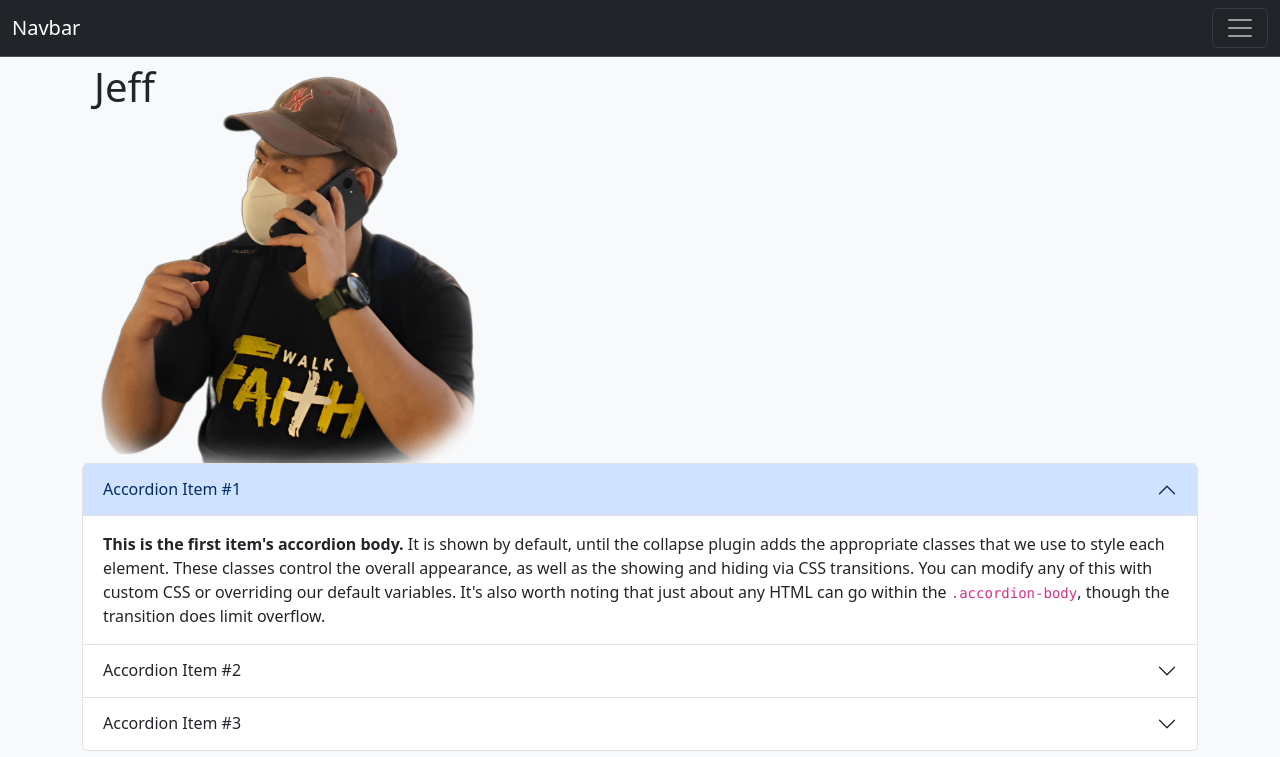
Repository: Shin-da/jeffmathew-portfolio
Page: index.html
These files come from the project's save history. The page is drawn as it stood at one moment and after the next save; the edit follows.
The browser window is 1280 px wide. The pictures show the whole page.

Above is the page before, as saved 2023-10-07 17:28:29.

### index.html
<!DOCTYPE html>
<html lang="en">

<head>
  <meta charset="UTF-8">
  <meta name="viewport" content="width=device-width, initial-scale=1.0">
  <title>Portfolio</title>
  <link href="https://cdn.jsdelivr.net/npm/bootstrap@5.3.2/dist/css/bootstrap.min.css" rel="stylesheet"
    integrity="sha384-T3c6CoIi6uLrA9TneNEoa7RxnatzjcDSCmG1MXxSR1GAsXEV/Dwwykc2MPK8M2HN" crossorigin="anonymous">

</head>

<body class="bg-dark">
  <nav class="navbar bg-dark border-bottom border-body " data-bs-theme="dark">
    <div class="container-fluid">
      <a class="navbar-brand" href="#">Navbar</a>
      <button class="navbar-toggler" type="button" data-bs-toggle="collapse" data-bs-target="#navbarNavDropdown"
        aria-controls="navbarNavDropdown" aria-expanded="false" aria-label="Toggle navigation">
        <span class="navbar-toggler-icon"></span>
      </button>

      <div class="collapse navbar-collapse" id="navbarNavDropdown">
        <ul class="navbar-nav">
          <li class="nav-item">
            <a class="nav-link active" aria-current="page" href="#">Home</a>
          </li>
          <li class="nav-item">
            <a class="nav-link" href="#">Features</a>
          </li>
          <li class="nav-item">
            <a class="nav-link" href="#">Pricing</a>
          </li>
        </ul>
      </div>
    </div>
  </nav>

  <section>
    <div class="container-fluid d-flex justify-content-center align-items-center bg-light p-5" style="height: 700px;">
      <div class="container d-flex flex-wrap flex-row">
        <div class="container">
          <div class="position-absolute h1 name"> <h1>Jeff </h1> </div>
          <img src="jef.png" alt="user's picture" width="400px">
        </div>

          <div class="accordion" id="accordionPanelsStayOpenExample">
            <div class="accordion-item">
              <h2 class="accordion-header" id="panelsStayOpen-headingOne">
                <button class="accordion-button" type="button" data-bs-toggle="collapse" data-bs-target="#panelsStayOpen-collapseOne" aria-expanded="true" aria-controls="panelsStayOpen-collapseOne">
                  Accordion Item #1
                </button>
              </h2>
              <div id="panelsStayOpen-collapseOne" class="accordion-collapse collapse show" aria-labelledby="panelsStayOpen-headingOne">
                <div class="accordion-body">
                  <strong>This is the first item's accordion body.</strong> It is shown by default, until the collapse plugin adds the appropriate classes that we use to style each element. These classes control the overall appearance, as well as the showing and hiding via CSS transitions. You can modify any of this with custom CSS or overriding our default variables. It's also worth noting that just about any HTML can go within the <code>.accordion-body</code>, though the transition does limit overflow.
                </div>
              </div>
            </div>
            <div class="accordion-item">
              <h2 class="accordion-header" id="panelsStayOpen-headingTwo">
                <button class="accordion-button collapsed" type="button" data-bs-toggle="collapse" data-bs-target="#panelsStayOpen-collapseTwo" aria-expanded="false" aria-controls="panelsStayOpen-collapseTwo">
                  Accordion Item #2
                </button>
              </h2>
              <div id="panelsStayOpen-collapseTwo" class="accordion-collapse collapse" aria-labelledby="panelsStayOpen-headingTwo">
                <div class="accordion-body">
                  <strong>This is the second item's accordion body.</strong> It is hidden by default, until the collapse plugin adds the appropriate classes that we use to style each element. These classes control the overall appearance, as well as the showing and hiding via CSS transitions. You can modify any of this with custom CSS or overriding our default variables. It's also worth noting that just about any HTML can go within the <code>.accordion-body</code>, though the transition does limit overflow.
                </div>
              </div>
            </div>
            <div class="accordion-item">
              <h2 class="accordion-header" id="panelsStayOpen-headingThree">
                <button class="accordion-button collapsed" type="button" data-bs-toggle="collapse" data-bs-target="#panelsStayOpen-collapseThree" aria-expanded="false" aria-controls="panelsStayOpen-collapseThree">
                  Accordion Item #3
                </button>
              </h2>
              <div id="panelsStayOpen-collapseThree" class="accordion-collapse collapse" aria-labelledby="panelsStayOpen-headingThree">
                <div class="accordion-body">
                  <strong>This is the third item's accordion body.</strong> It is hidden by default, until the collapse plugin adds the appropriate classes that we use to style each element. These classes control the overall appearance, as well as the showing and hiding via CSS transitions. You can modify any of this with custom CSS or overriding our default variables. It's also worth noting that just about any HTML can go within the <code>.accordion-body</code>, though the transition does limit overflow.
                </div>
              </div>
            </div>
          </div>

      </div>
    </div>

  </section>


  <!-- <section>
    <div id="carouselExampleIndicators" class="carousel slide">
      <div class="carousel-indicators">
        <button type="button" data-bs-target="#carouselExampleIndicators" data-bs-slide-to="0" class="active"
          aria-current="true" aria-label="Slide 1"></button>
        <button type="button" data-bs-target="#carouselExampleIndicators" data-bs-slide-to="1"
          aria-label="Slide 2"></button>
      </div>
      <div class="carousel-inner">
        <div class="carousel-item active">
          <img src="drawing.jpg" class="d-block w-100" alt="...">
        </div>
        <div class="carousel-item">
          <img src="Your name.jpg" class="d-block w-100" alt="...">
        </div>
      </div>
      <button class="carousel-control-prev" type="button" data-bs-target="#carouselExampleIndicators"
        data-bs-slide="prev">
        <span class="carousel-control-prev-icon" aria-hidden="true"></span>
        <span class="visually-hidden">Previous</span>
      </button>
      <button class="carousel-control-next" type="button" data-bs-target="#carouselExampleIndicators"
        data-bs-slide="next">
        <span class="carousel-control-next-icon" aria-hidden="true"></span>
        <span class="visually-hidden">Next</span>
      </button>
    </div>
  </section> -->

  <!-- <div class="embed-responsive embed-responsive-16by9">
    <iframe width="876" height="405" src="https://www.youtube.com/embed/d-V5bX_Hq-I?list=RDd-V5bX_Hq-I" title="DEN, Balistix - Love Love Love (Official Music Video)" frameborder="0" allow="accelerometer; autoplay; clipboard-write; encrypted-media; gyroscope; picture-in-picture; web-share" allowfullscreen></iframe>
  </div> -->
  <script src="https://cdn.jsdelivr.net/npm/bootstrap@5.3.2/dist/js/bootstrap.bundle.min.js"
    integrity="sha384-C6RzsynM9kWDrMNeT87bh95OGNyZPhcTNXj1NW7RuBCsyN/o0jlpcV8Qyq46cDfL"
    crossorigin="anonymous"></script>
</body>

</html>

After the next save:
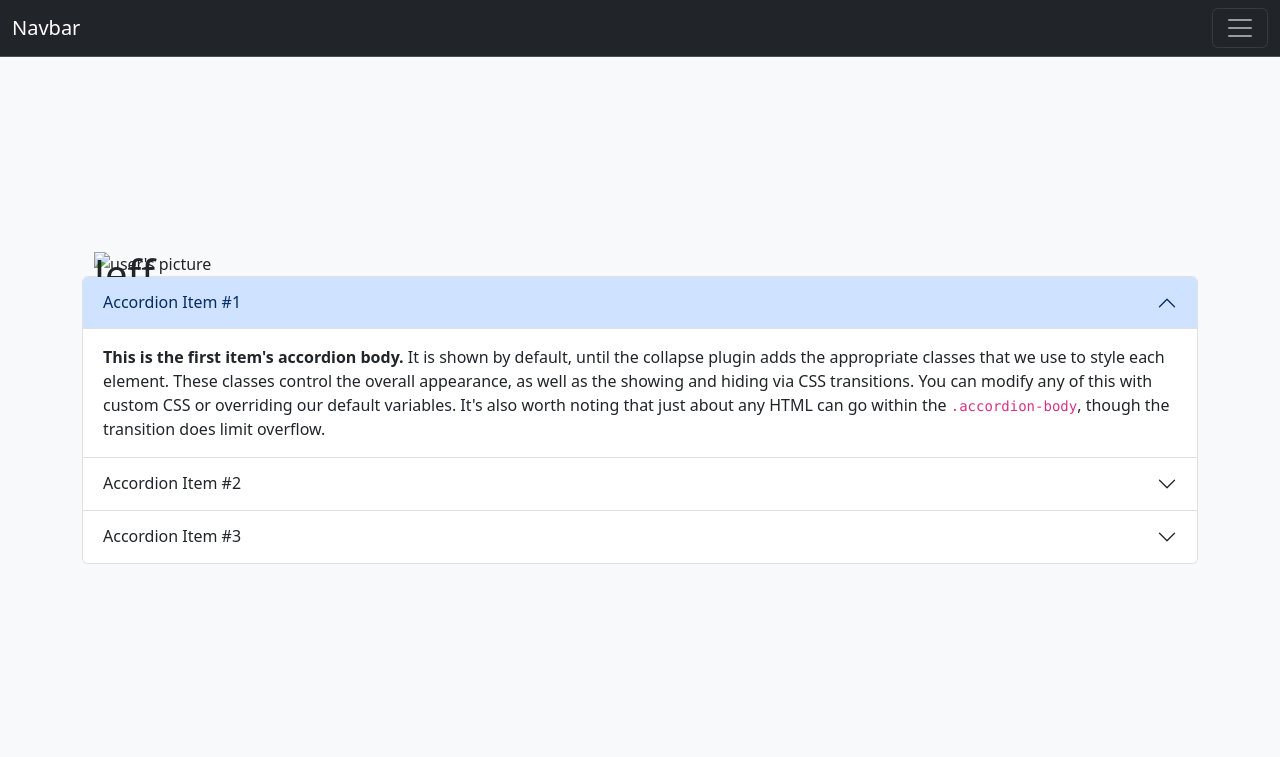
Not found: me.png
Saved 10 min 46 s later.
--- a/index.html
+++ b/index.html
@@ -40,7 +40,7 @@
       <div class="container d-flex flex-wrap flex-row">
         <div class="container">
           <div class="position-absolute h1 name"> <h1>Jeff </h1> </div>
-          <img src="jef.png" alt="user's picture" width="400px">
+          <img src="me.png" alt="user's picture" width="400px">
         </div>
 
           <div class="accordion" id="accordionPanelsStayOpenExample">
